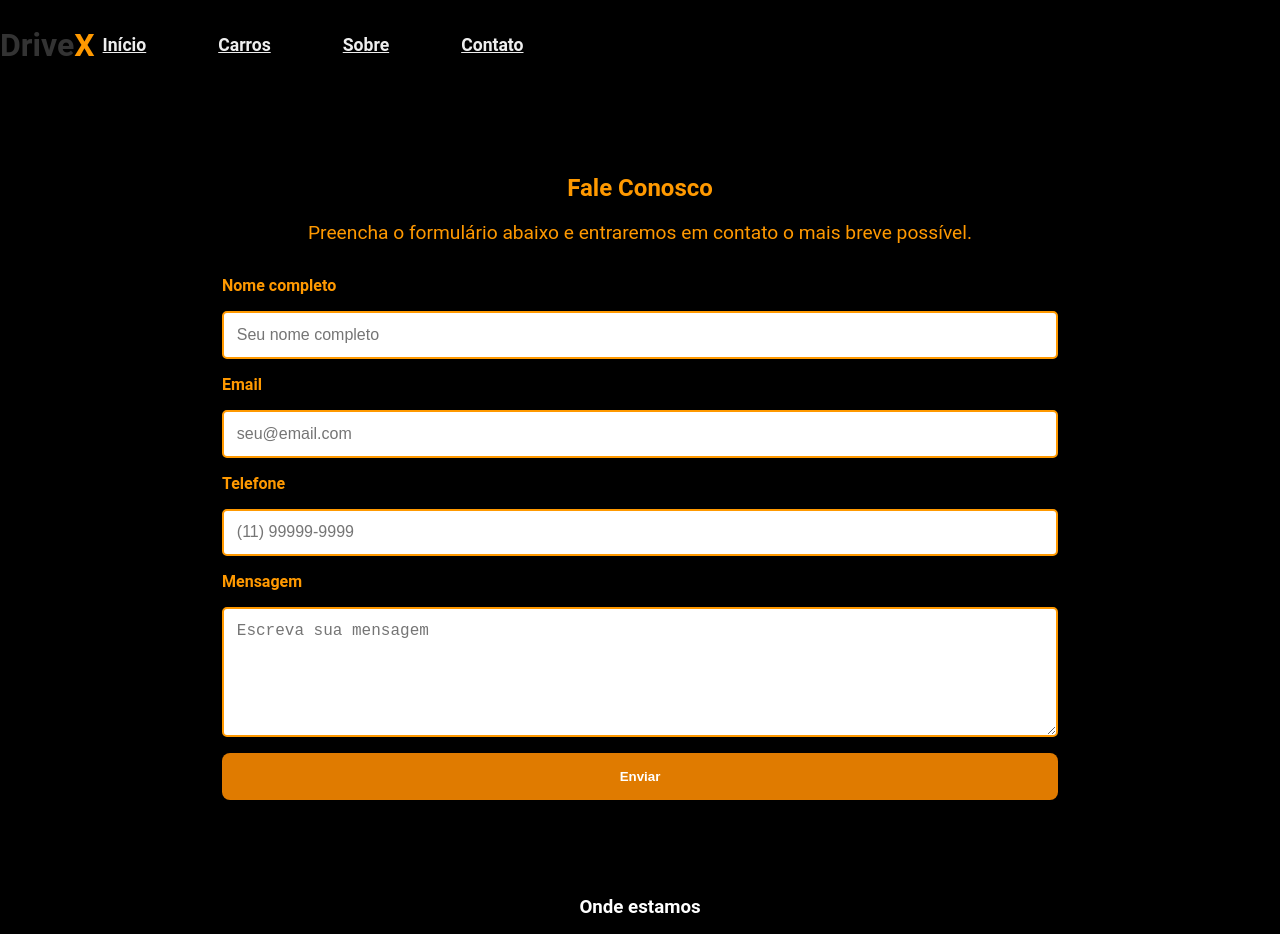
Repository: Mateushlp/DriveX
Page: contato.html
An editor plug-in stored every save of this project. The page is shown before and after the next save, followed by the edit.
The browser window is 1280 px wide. The pictures show the part of the page from y = 0 to 934 px (the page is 1433 px tall).
The pointer rests on the first visible `.btn-enviar`.
Pictures or frames that could not be fetched are drawn as grey boxes.

Above is the page before, as saved 2025-06-23 22:49:37.

### contato.html
<!DOCTYPE html>
<html lang="pt-BR">
<head>
  <meta charset="UTF-8" />
  <meta name="viewport" content="width=device-width, initial-scale=1" />
  <title>DriveX - Contato</title>
  <link rel="stylesheet" href="contatos.css" />
</head>
<body>
  <header class="cabecalho">
    <div class="container">
      <h1>Drive<strong>X</strong></h1>
      <nav>
      <nav>
      <ul class="menu">
        <li><a href="index.html">Início</a></li>
        <li><a href="carros.html">Carros</a></li>
        <li><a href="sobre.html">Sobre</a></li>
        <li><a href="contato.html" class="ativo">Contato</a></li>
      </ul>
    </nav>
    </div>
  </header>

  <main>
    <section class="contato-section">
      <h2>Fale Conosco</h2>
      <p>Preencha o formulário abaixo e entraremos em contato o mais breve possível.</p>

      <form id="form-contato">
        <label for="nome">Nome completo</label>
        <input type="text" id="nome" name="nome" required placeholder="Seu nome completo" />

        <label for="email">Email</label>
        <input type="email" id="email" name="email" required placeholder="seu@email.com" />

        <label for="telefone">Telefone</label>
        <input type="tel" id="telefone" name="telefone" placeholder="(11) 99999-9999" />

        <label for="mensagem">Mensagem</label>
        <textarea id="mensagem" name="mensagem" rows="5" required placeholder="Escreva sua mensagem"></textarea>

        <button type="submit" class="btn-enviar">Enviar</button>
      </form>

      <p id="resposta-contato" class="resposta"></p>
    </section>

    <section class="mapa-section">
      <h3>Onde estamos</h3>
      <iframe
        src="https://www.google.com/maps/embed?pb=!1m18!1m12!1m3!1d3656.910621564848!2d-46.65915618444137!3d-23.564723284678864!2m3!1f0!2f0!3f0!3m2!1i1024!2i768!4f13.1!3m3!1m2!1s0x94ce59b1ee1e495b%3A0x3995f41db290dede!2sAv.%20Paulista%2C%201313%20-%20Bela%20Vista%2C%20S%C3%A3o%20Paulo%20-%20SP!5e0!3m2!1spt-BR!2sbr!4v1687206503256!5m2!1spt-BR!2sbr"
        width="600"
        height="450"
        style="border:0;"
        allowfullscreen=""
        loading="lazy"
        referrerpolicy="no-referrer-when-downgrade"
      ></iframe>
    </section>
  </main>

  <footer class="rodape">
    <p>&copy; 2025 DriveX. Todos os direitos reservados.</p>
    <p>Contato: contato@drivex.com | (11) 99999-9999</p>
  </footer>

  <script src="contato.js"></script>
</body>
</html>

### contatos.css
body {
  font-family: 'Roboto', sans-serif;
  background: #f4f4f4;
  margin: 0;
  color: #333;
  background:#000
}


.cabecalho,
.container {
  display: flex;
  justify-content: space-between;
  align-items: center;
}

.menu {
  display: flex;
  justify-content: center;
  gap: 3.5rem;
  padding: 1.2rem 0;
  list-style: none;
}

.menu li a {
  color: #eee;
  font-weight: 700;
  font-size: 1.1rem;
  padding: 0.3rem 0.5rem;
  border-radius: 6px;
  transition: background-color 0.3s ease, color 0.3s ease;
}

.menu li a:hover {
  background-color: #ff6f00;
  color: #222;
  box-shadow: 0 2px 10px rgba(255, 111, 0, 0.6);
}

main {
  max-width: 900px;
  margin: 2rem auto;
  padding: 0 1rem;
}

.contato-section {
  background: #000;
  padding: 2rem;
  border-radius: 10px;
  box-shadow: 0 4px 10px rgba(0,0,0,0.1);
  margin-bottom: 2rem;
}

label{
    color: #f90;
}


.contato-section h2 {
  margin-bottom: 1rem;
  text-align: center;
  color: #f90;
}

.contato-section p {
  margin-bottom: 2rem;
  text-align: center;
  color: #f90;
  font-size: 1.2rem;
}

form {
  display: flex;
  flex-direction: column;
  gap: 1rem;
}

label {
  font-weight: 600;
}

input[type="text"],
input[type="email"],
input[type="tel"],
textarea {
  padding: 0.8rem;
  border-radius: 5px;
  border: 2px solid #f90;
  font-size: 1rem;
  resize: vertical;
}

textarea {
  min-height: 100px;
  color: #000;
}

.btn-enviar {
  background-color: #f90;
  color: #fff;
  border: none;
  padding: 1rem;
  border-radius: 8px;
  font-weight: bold;
  cursor: pointer;
  transition: background-color 0.3s;
}

.btn-enviar:hover {
  background-color: #e07b00;
}

.resposta {
  margin-top: 1rem;
  font-weight: 600;
  color: green;
  text-align: center;
}

.mapa-section {
  text-align: center;
}

.mapa-section h3 {
  margin-bottom: 1rem;
  color: #fff;
}

iframe {
  width: 100%;
  max-width: 600px;
  height: 400px;
  border: none;
  border-radius: 10px;
}

.rodape {
  margin-top: 1rem;
  color: #fff;
  font-size: 0.9rem;
}

/* Responsivo */
@media (max-width: 600px) {
  .container {
    flex-direction: column;
    gap: 1rem;
  }
}

strong {
  color: #f90;
}

### contato.js
const formContato = document.getElementById('form-contato');
const respostaContato = document.getElementById('resposta-contato');

formContato.addEventListener('submit', (e) => {
  e.preventDefault();

  const nome = formContato.nome.value.trim();
  const email = formContato.email.value.trim();
  const telefone = formContato.telefone.value.trim();
  const mensagem = formContato.mensagem.value.trim();

  if(!nome || !email || !mensagem){
    respostaContato.style.color = 'red';
    respostaContato.textContent = 'Por favor preencha os campos obrigatórios: nome, email e mensagem.';
    return;
  }

  // Aqui você pode fazer um envio via fetch/ajax se quiser ou só mostrar a mensagem de sucesso
  respostaContato.style.color = 'green';
  respostaContato.textContent = `Obrigado ${nome} pelo contato. Responderemos em breve!`;

  formContato.reset();
});

After the next save:
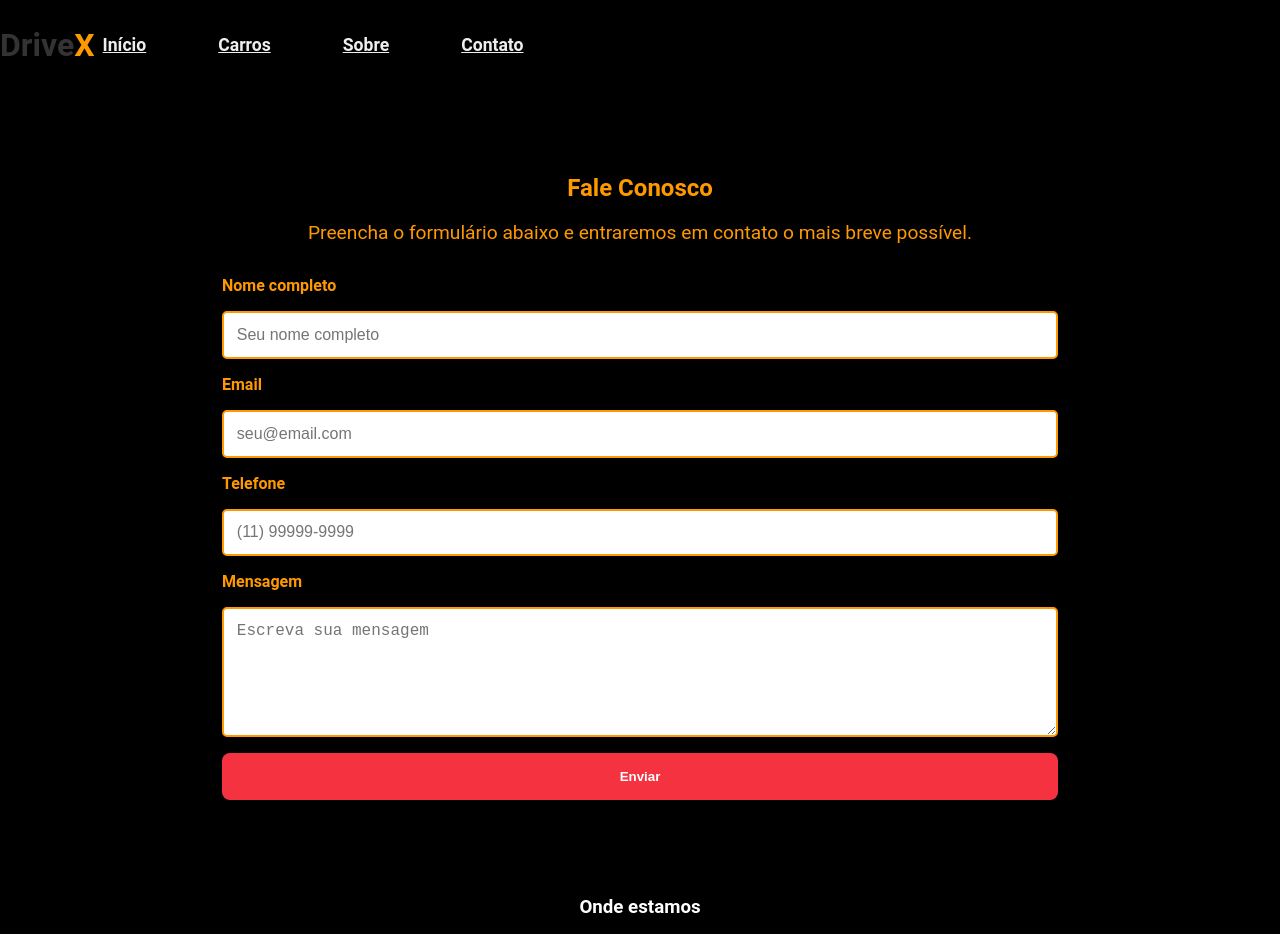
Saved 24 s later.
--- a/contatos.css
+++ b/contatos.css
@@ -107,7 +107,7 @@
 }
 
 .btn-enviar:hover {
-  background-color: #e07b00;
+  background-color: #f53340;
 }
 
 .resposta {
